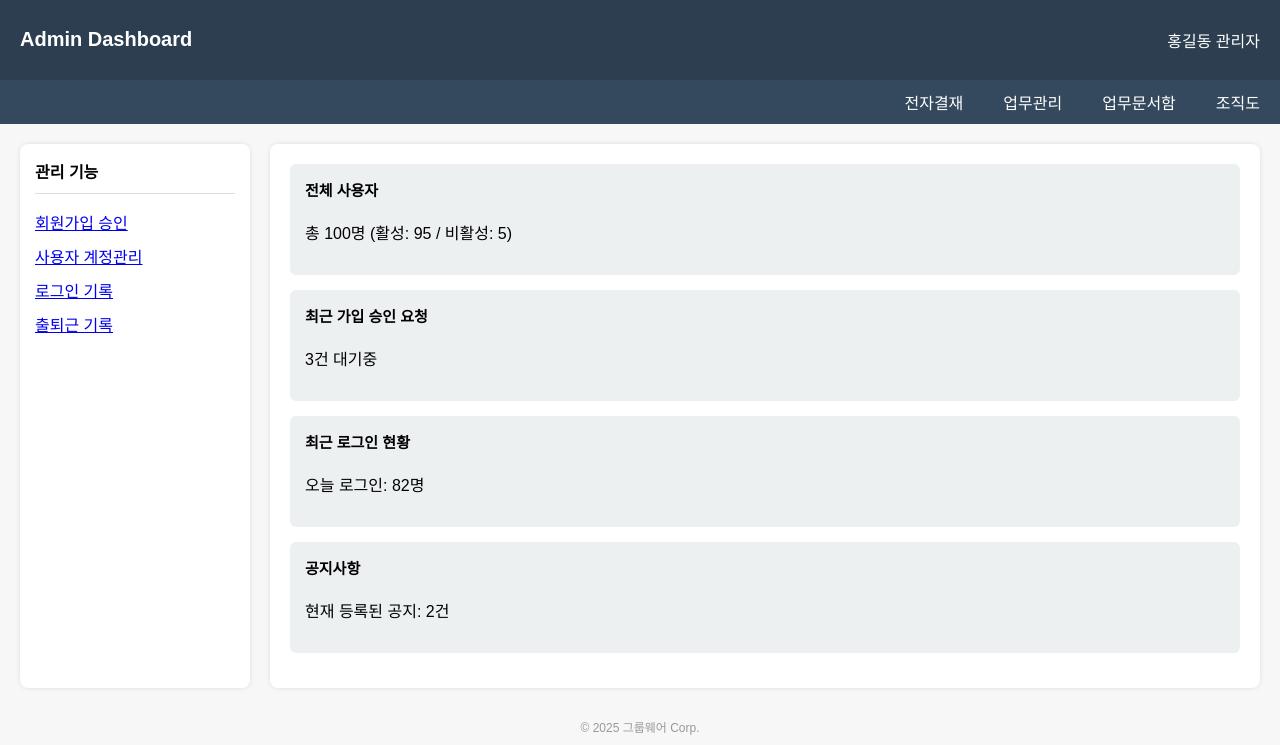
Repository: hyunbin7664/web-java-workspace
Page: groupware/src/main/webapp/admin_dashboard.html
An editor plug-in stored every save of this project. The page is shown before and after the next save, followed by the edit.
The browser window is 1280 px wide. The pictures show the whole page.

Above is the page before, as saved 2025-07-07 08:28:40.

After the next save:
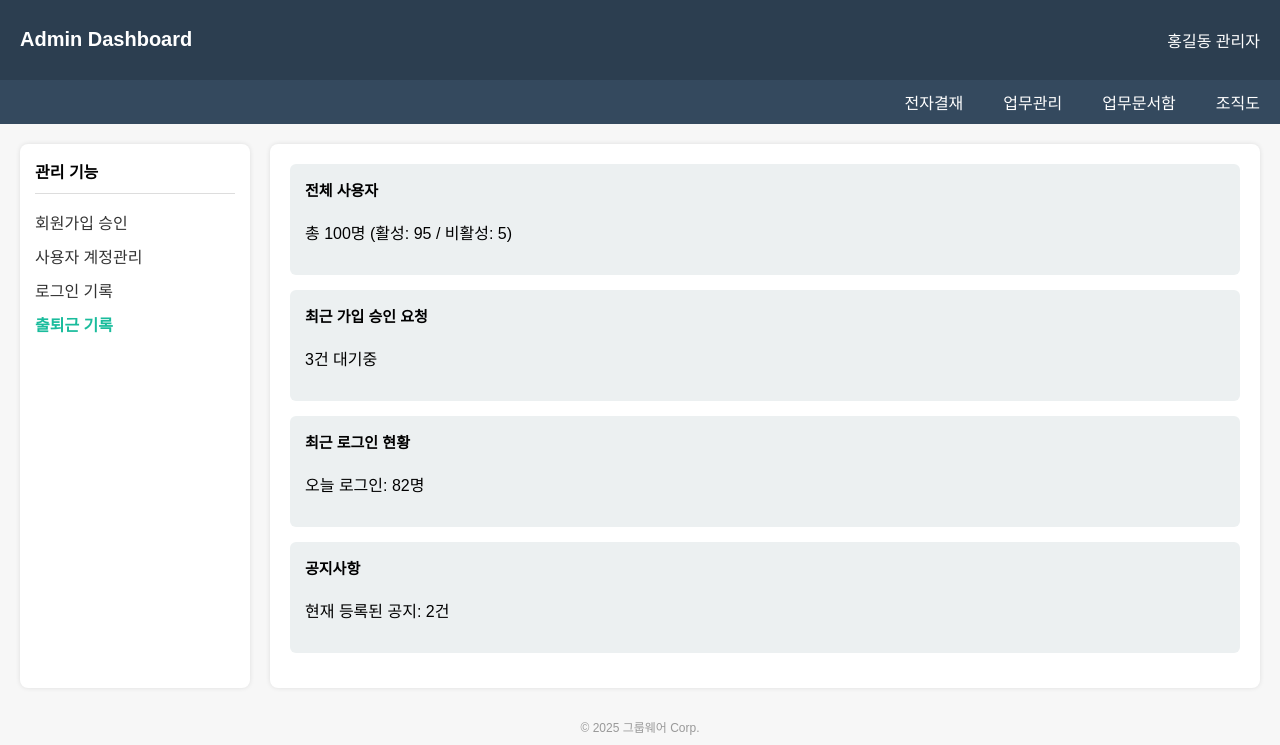
Saved 82 s later.
--- a/groupware/src/main/webapp/admin_dashboard.html
+++ b/groupware/src/main/webapp/admin_dashboard.html
@@ -68,7 +68,16 @@ nav a:hover {
 
 .sidebar ul li {
 	margin: 10px 0;
-	cursor: pointer;
+}
+
+.sidebar ul li a {
+	color: #333;
+	text-decoration: none;
+}
+
+.sidebar ul li a.active, .sidebar ul li a:hover {
+	color: #1abc9c;
+	font-weight: bold;
 }
 
 .main-content {
